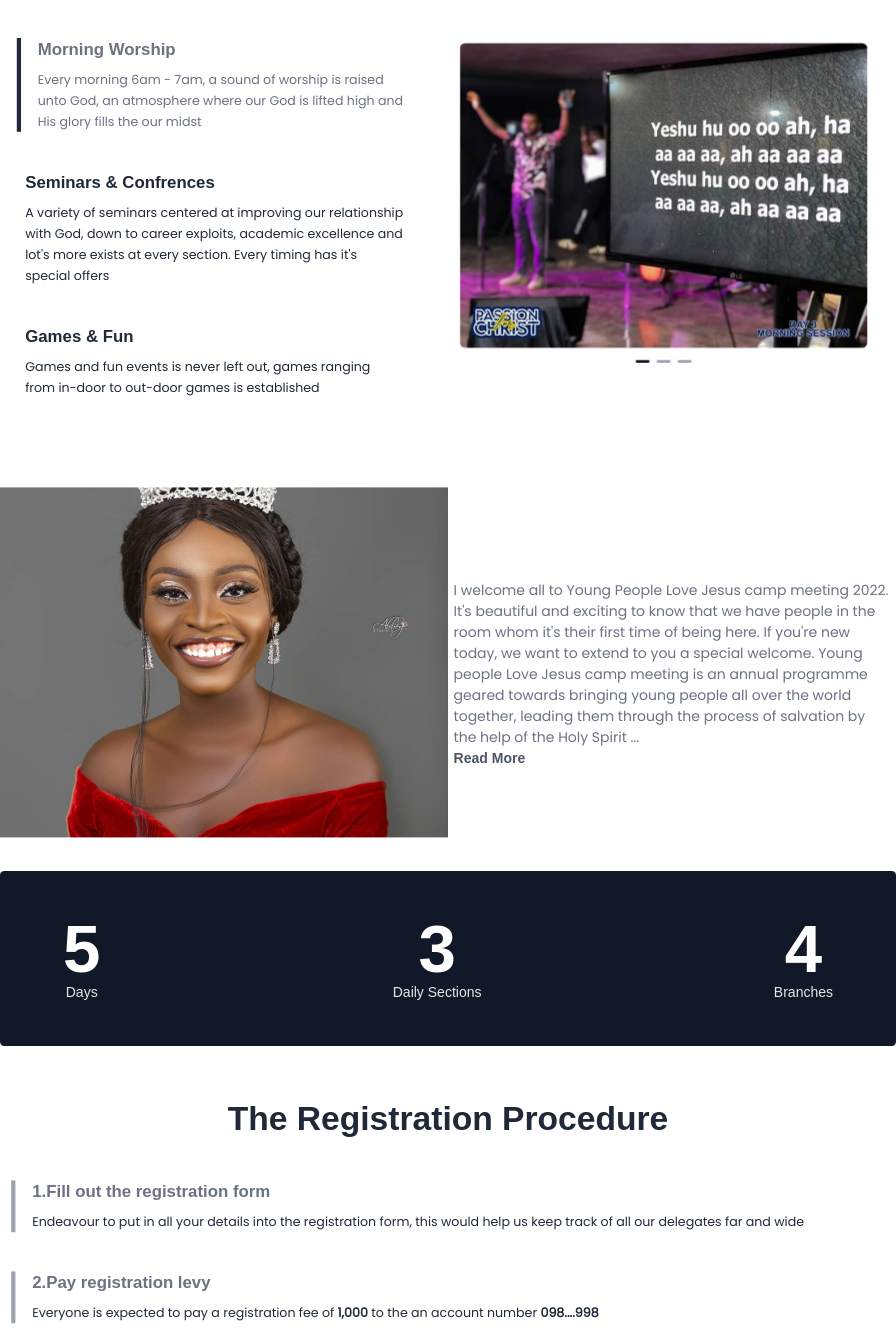
Repository: Ifenna-Pascal/user-camp-onboarding
Page: /
An editor plug-in stored every save of this project. The page is shown before and after the next save, followed by the edit.
The browser window is 1280 px wide. The pictures show the part of the page from y = 1446 to 3366 px (the page is 4228 px tall), at 70% of full size.
Some web fonts or font styles are not loaded; a fallback is used. The project was rebuilt for these pictures with package versions that can differ from the ones it lists, and the page was loaded fresh each time. The framework's server and built-in components were replaced by stand-ins that run in the browser. Also part of the build but not shown: next.config.js, styles/Home.module.css.

Above is the page before, as saved 2022-11-26 11:15:37.

After the next save:
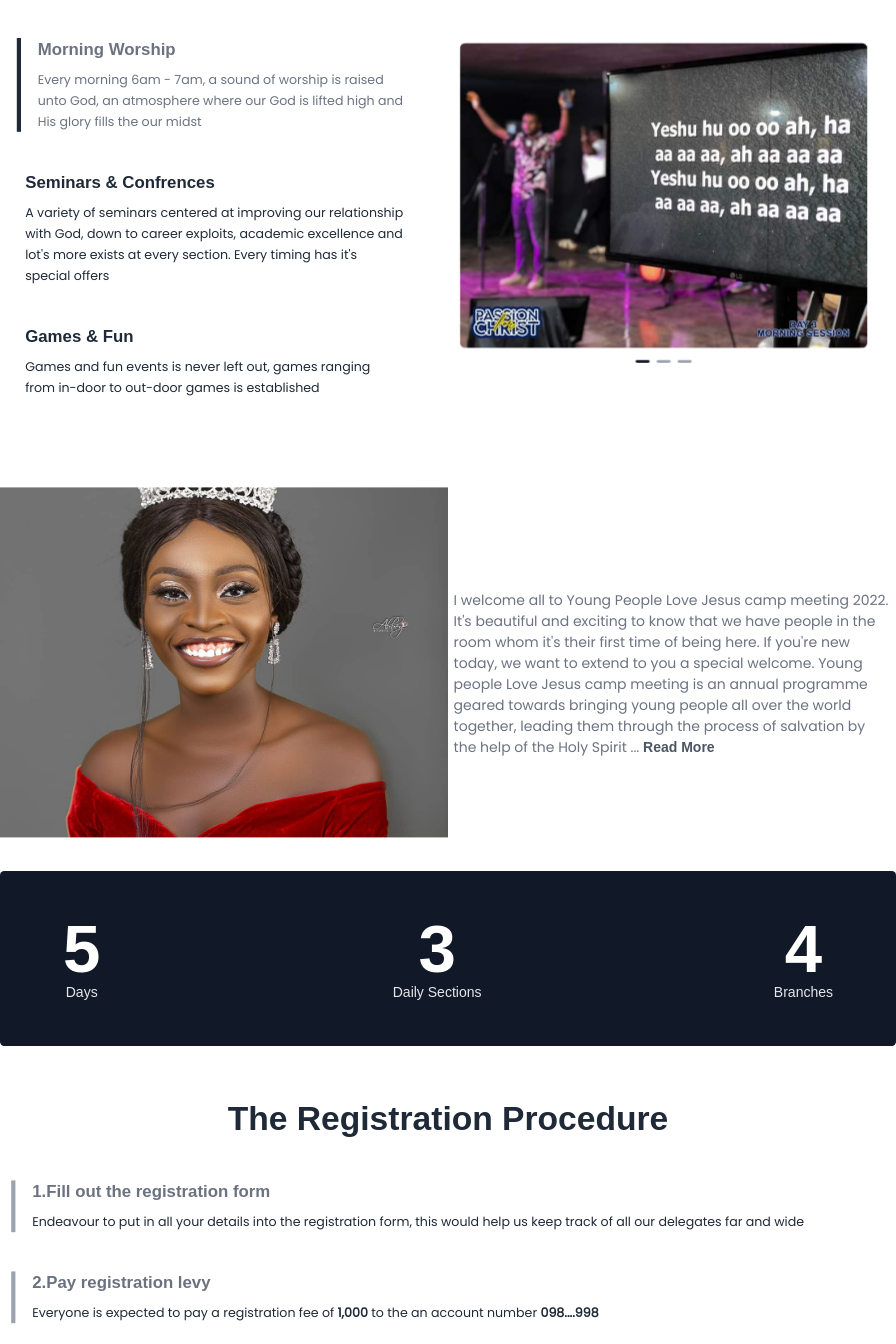
Saved 8 s later.
--- a/components/sections/Speech.jsx
+++ b/components/sections/Speech.jsx
@@ -31,7 +31,9 @@ function Speech() {
       <div>
         <p className="text-left block text-xl font-poppins  leading-[30px] text-gray-500 py-4 px-2">
           {p.substring(0, 464)} ...{" "}
-          <p className="font-semibold font-sono text-gray-600">Read More</p>
+          <span className="font-semibold font-sono text-gray-600">
+            Read More
+          </span>
         </p>
       </div>
     </div>
